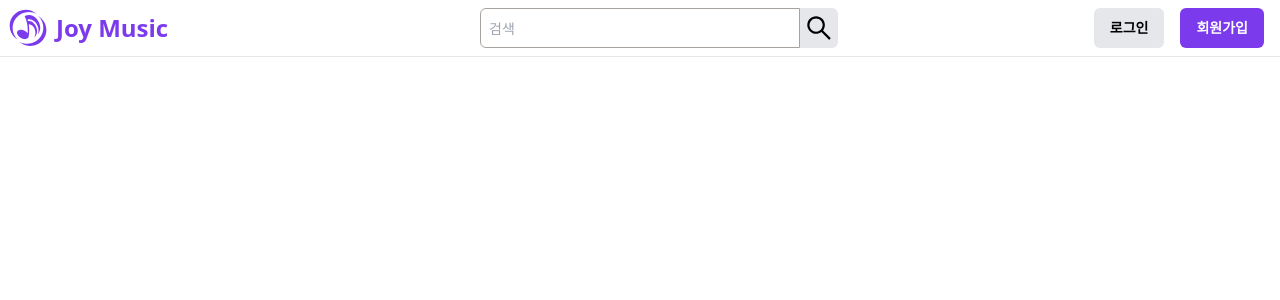
Repository: momo0170/streaming
Page: /
These files come from the project's save history. The page is drawn as it stood at one moment and after the next save; the edit follows.
The browser window is 1280 px wide. The pictures show the whole page.
The project was rebuilt for these pictures with package versions that can differ from the ones it lists, and the page was loaded fresh each time. Also part of the build but not shown: src/App.css.

Above is the page before, as saved 2023-09-18 18:31:00.

After the next save:
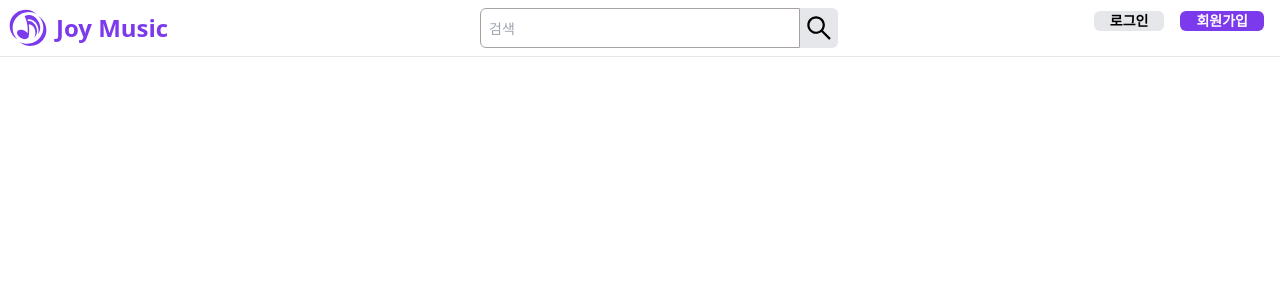
Saved 94 s later.
--- a/src/components/Header.jsx
+++ b/src/components/Header.jsx
@@ -24,7 +24,7 @@ export default function Header() {
           <AiOutlineSearch size="30" />
         </button>
       </form>
-      <div className="flex">
+      <div className="">
         <button className="bg-gray-200 mx-2 px-4 rounded-md text-sm font-semibold hover:bg-gray-300">
           로그인
         </button>
